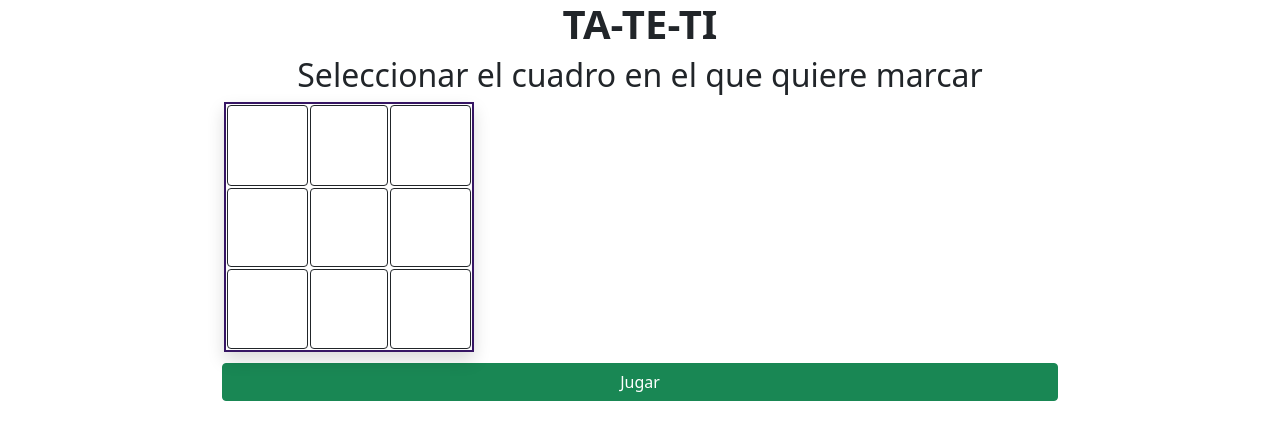
Repository: Lean97-start/TATETI
Page: Tateti.html
An editor plug-in stored every save of this project. The page is shown before and after a run of saves, followed by the edit.
The browser window is 1280 px wide. The pictures show the whole page.

Above is the page before, as saved 2021-07-11 23:11:02.
Console error: SyntaxError: Unexpected token ')'

### Tateti.html
<!DOCTYPE html>
<html lang="en">
<head>
    <meta charset="UTF-8">
    <link rel="stylesheet" type="text/css" href="Tateti.css">
    <link rel="stylesheet" href="Tateti.js">
    <link rel="stylesheet" type="text/css" href="https://necolas.github.io/normalize.css/8.0.1/normalize.css">
    <title>TATETI</title>
    <link href="https://cdn.jsdelivr.net/npm/bootstrap@5.0.2/dist/css/bootstrap.min.css" rel="stylesheet" integrity="sha384-EVSTQN3/azprG1Anm3QDgpJLIm9Nao0Yz1ztcQTwFspd3yD65VohhpuuCOmLASjC" crossorigin="anonymous">
</head>
<body>
    <div class="container">
        <H1 class="fw-bold">TA-TE-TI</H1>
        <H2 class="fw-normal">Seleccionar el cuadro en el que quiere marcar</H2>

            <div class="row w-50 h-50 bg-white">
                <table class="shadow " id="cuadro">
                    <tr>
                        <td><button class="btn border-dark w-100 h-100" id="11"></button></td>
                        <td><button class="btn border-dark w-100 h-100" id="21"></button></td>
                        <td><button class="btn border-dark w-100 h-100" id="31"></button></td>
                    </tr>
                    <tr>
                        <td><button class="btn border-dark w-100 h-100" id="12"></button></td>
                        <td><button class="btn border-dark w-100 h-100" id="22"></button></td>
                        <td><button class="btn border-dark w-100 h-100" id="32"></button></td>
                    </tr>
                    <tr>
                        <td><button class="btn border-dark w-100 h-100" id="13"></button></td>
                        <td><button class="btn border-dark w-100 h-100" id="23"></button></td>
                        <td><button class="btn border-dark w-100 h-100" id="33"></button></td>
                    </tr>
                </table>
            </div>
            <div class="row">
                <div class="btn ">
                    <button type="button" class="btn btn-success my-1 w-75" id="btn-jugar">Jugar</button>
                </div>
            </div>

        </div>
    <script src="Tateti.js"></script>
    <script src="https://cdn.jsdelivr.net/npm/bootstrap@5.0.2/dist/js/bootstrap.bundle.min.js" integrity="sha384-MrcW6ZMFYlzcLA8Nl+NtUVF0sA7MsXsP1UyJoMp4YLEuNSfAP+JcXn/tWtIaxVXM" crossorigin="anonymous"></script>
</body>
</html>

### Tateti.css
h1{
    font-size: 55px;
    text-align: center;
}
h2{
    font-size: 30px;
    text-align: center;
}
#cuadro{
    border: 2px rgb(54, 21, 100) solid;
    background: white;
    position: relative;
    height: 250px;
    width: 250px;
    margin: auto;

}
.entradas{
    text-align: center;
    font-family: Arial, Helvetica, sans-serif;
    font-size: 60px;
    height: 80px;
    width: 80px;
    box-sizing: border-box;

}

### Tateti.js
let var1, var2, var3,var4, var5,var6 = undefined
function mostrar(){
    let prueba = document.getElementById('v1');
    alert(prueba);
}
function jugarTurno (){
    if(){

    }
    else if (var1 != undefined || var2 != undefined || var3 != undefined ||var4 != undefined ||var5 != undefined || var6 != undefined ){

    }


}

After the next 2 saves:
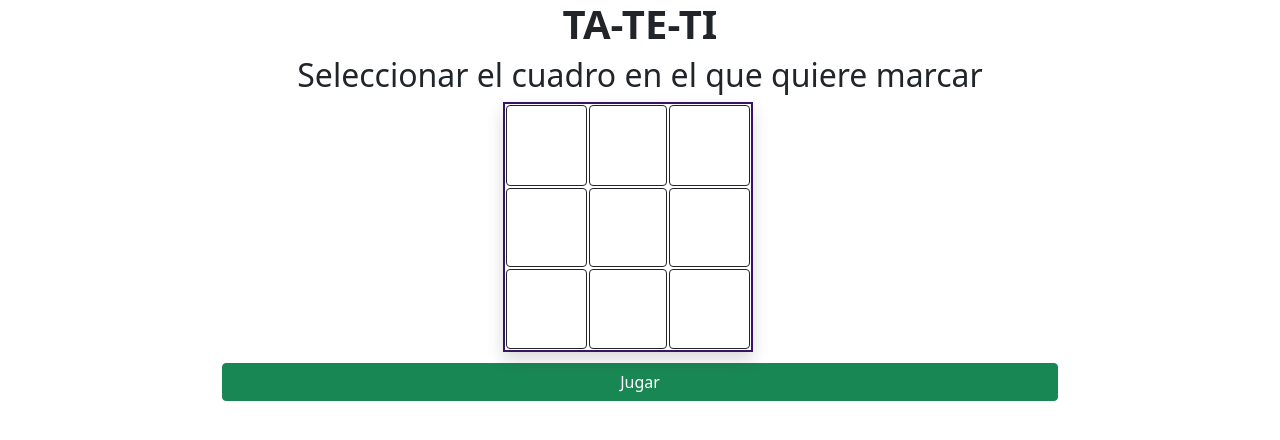
The 2 saves are shown as one change because they came seconds apart.
The last was saved 22 s later.
--- a/Tateti.html
+++ b/Tateti.html
@@ -13,7 +13,7 @@
         <H1 class="fw-bold">TA-TE-TI</H1>
         <H2 class="fw-normal">Seleccionar el cuadro en el que quiere marcar</H2>
 
-            <div class="row w-50 h-50 bg-white">
+            <div class="row w-100 h-50 bg-white">
                 <table class="shadow " id="cuadro">
                     <tr>
                         <td><button class="btn border-dark w-100 h-100" id="11"></button></td>
